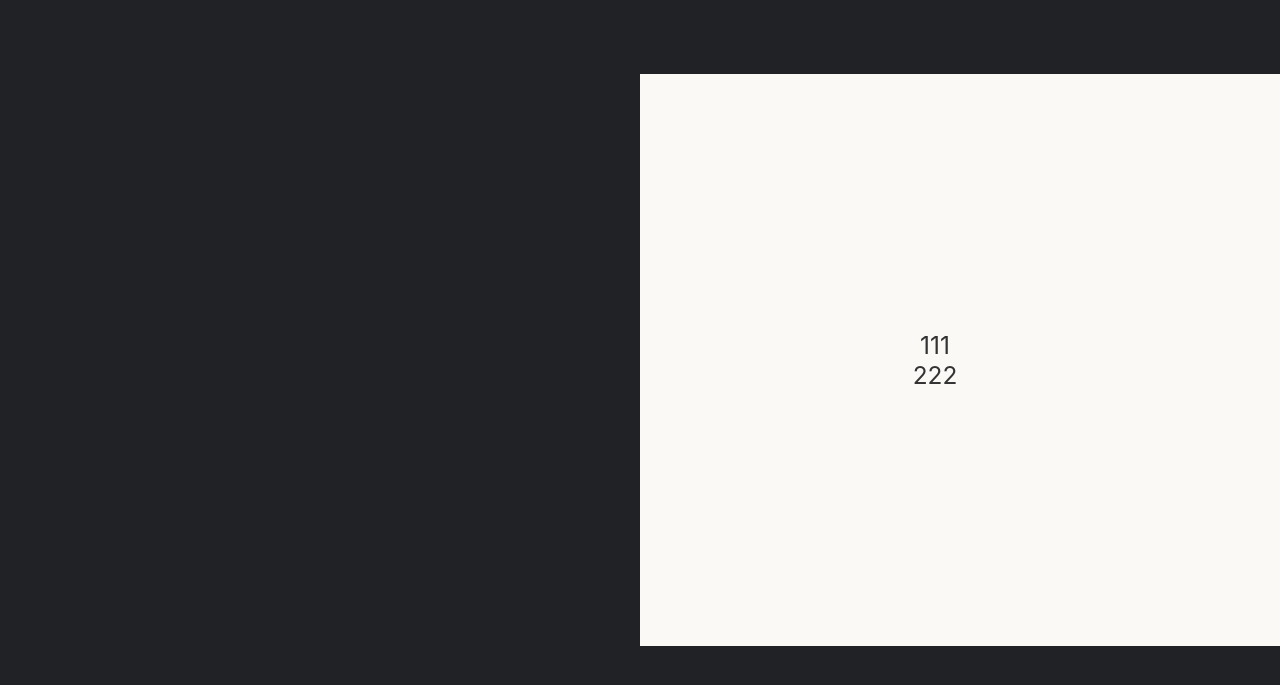
Repository: GuinsooRocky/-Technology-sharing-rocky
Page: /catalog
These files come from the project's save history. The page is drawn as it stood at one moment and after the next save; the edit follows.
The browser window is 1280 px wide. The pictures show the whole page.
The project was rebuilt for these pictures with package versions that can differ from the ones it lists, and the page was loaded fresh each time. Also part of the build but not shown: src/pages/Home/home.less, src/component/Fault/fault.less, src/component/Fault/faultMad.tsx, src/pages/Home/home.tsx.

Above is the page before, as saved 2020-09-20 10:51:26.

After the next save:
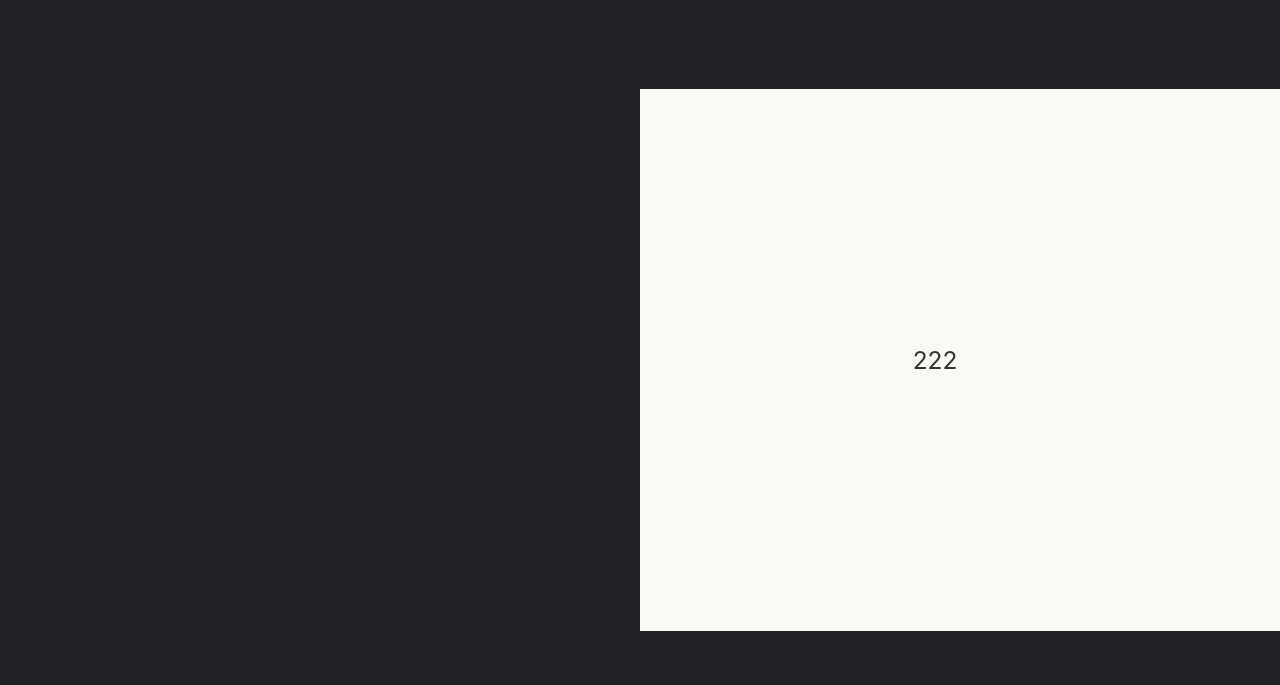
Saved 108 s later.
--- a/src/pages/Catalog/catalog.tsx
+++ b/src/pages/Catalog/catalog.tsx
@@ -17,7 +17,6 @@
       <div className='right'>
         <div className='right-title1 css-header'>
           <div>
-            <aside>111</aside>
             <div>222</div>
           </div>
         </div>
